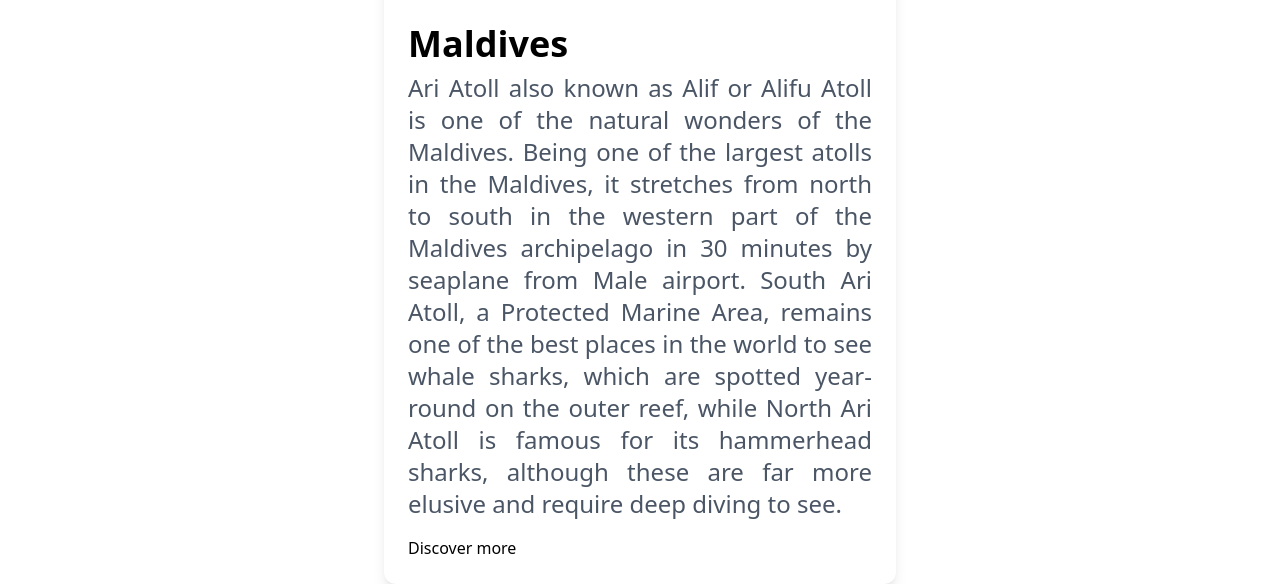
Repository: DinTri/TailwindInASimpleWebApp
Page: src/index.html
An editor plug-in stored every save of this project. The page is shown before and after the next save, followed by the edit.
The browser window is 1280 px wide. The pictures show the part of the page from y = 328 to 912 px (the page is 912 px tall).

Above is the page before, as saved 2025-06-22 23:06:34.

After the next save:
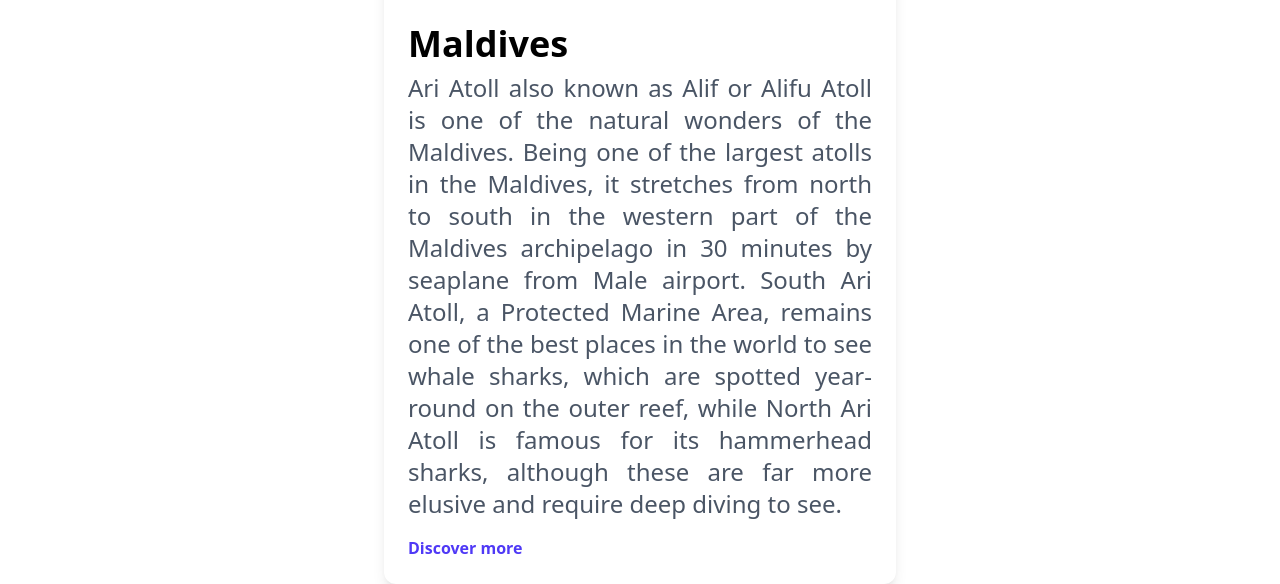
Saved 85 s later.
--- a/src/index.html
+++ b/src/index.html
@@ -33,7 +33,7 @@
           sharks, although these are far more elusive and require deep diving to
           see.
         </p>
-        <a href="#">Discover more</a>
+        <a href="#" class="font-semibold text-indigo-600">Discover more</a>
       </div>
     </section>
   </body>
